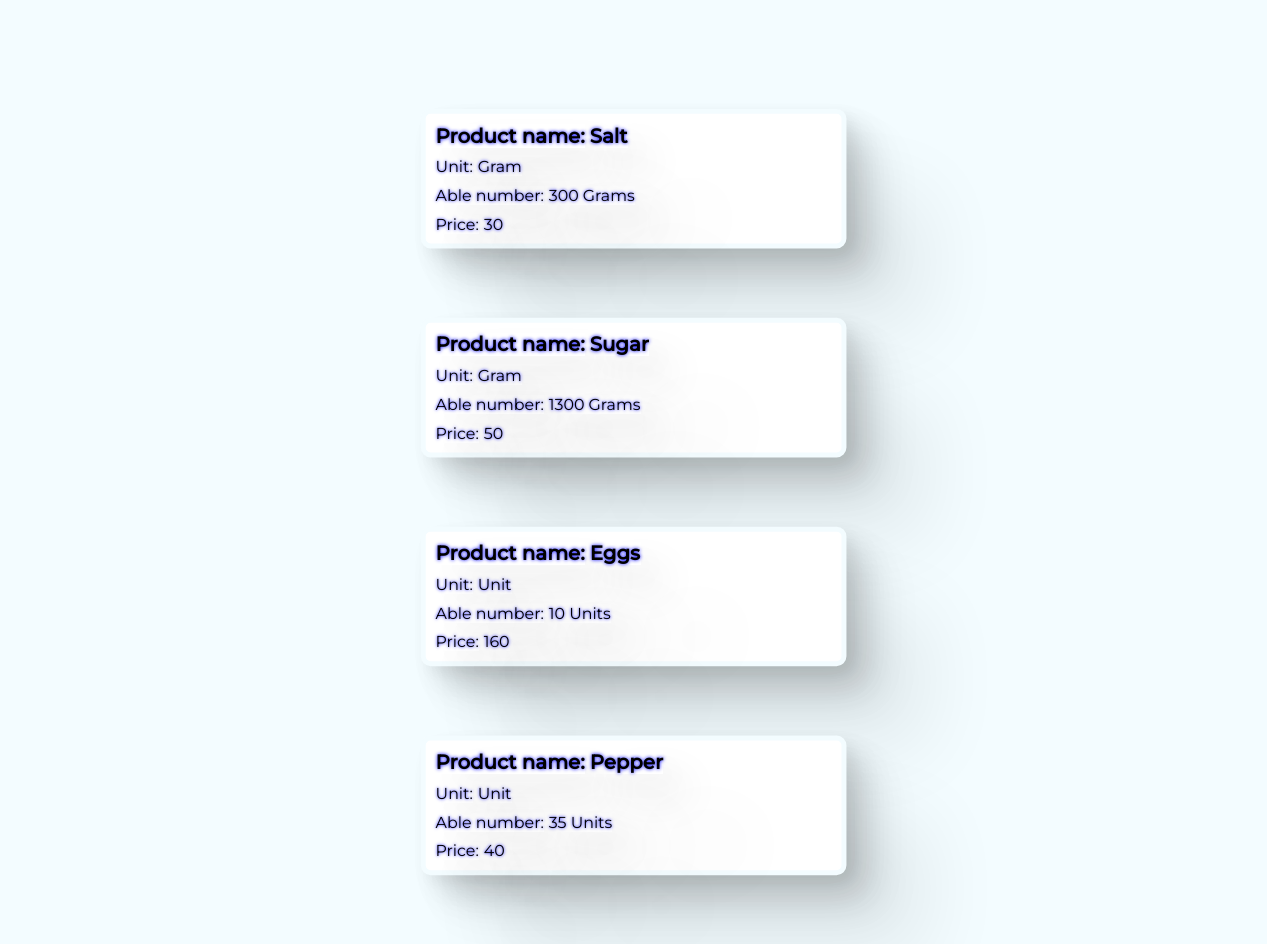
Repository: OlexandraKovach2/Vue
Page: / (app in vuexam/brila-exam/)
An editor plug-in stored every save of this project. The page is shown before and after the next save, followed by the edit.
The browser window is 1280 px wide. The pictures show the whole page, at 99% of full size.
The project was rebuilt for these pictures with package versions that can differ from the ones it lists, and the page was loaded fresh each time. Also part of the build but not shown: vuexam/brila-exam/vue.config.js.

Above is the page before, as saved 2022-11-08 22:11:52.

### vuexam/brila-exam/public/index.html
<!DOCTYPE html>
<html lang="">
  <head>
    <meta charset="utf-8">
    <meta http-equiv="X-UA-Compatible" content="IE=edge">
    <meta name="viewport" content="width=device-width,initial-scale=1.0">
    <link rel="icon" href="<%= BASE_URL %>favicon.ico">
    <title><%= htmlWebpackPlugin.options.title %></title>
  </head>
  <body>
    <noscript>
      <strong>We're sorry but <%= htmlWebpackPlugin.options.title %> doesn't work properly without JavaScript enabled. Please enable it to continue.</strong>
    </noscript>
    <div id="app"></div>
    <!-- built files will be auto injected -->
  </body>
</html>

<style>

  *{
    padding: 0px;
    margin: 0px;
  }
  body{
    background-color: rgb(243, 252, 255);
  }

</style>

### vuexam/brila-exam/src/main.js
import { createApp } from 'vue'
import App from './App.vue'
import store from '@/store'

createApp(App).use(store).mount('#app')

### vuexam/brila-exam/src/App.vue
<template>
  <div>
    <ObjectTable :listData="list"/>
  </div>
</template>

<script>
  import { mapGetters } from 'vuex';
  import ObjectTable from "./components/ObjectTable";
  export default {
    name: "App",
    components: {
      ObjectTable,
    },
    computed: {
      ...mapGetters(['list']),
    },
  }
</script>

<style lang="scss" scoped>
@import url('https://fonts.googleapis.com/css2?family=Montserrat:wght@100;200;300;400;500&display=swap');
*{
  font-family: 'Montserrat', sans-serif;
}
</style>

### vuexam/brila-exam/src/store/index.js
import {createStore} from 'vuex'

const store = createStore({
    state: {
        list: [
            {
                id: 1,
                name: "Salt",
                unit: "Gram",
                count: "300",
                cost: 30
            },
            {
                id: 2,
                name: "Sugar",
                unit: "Gram",
                count: "1300",
                cost: 50
            },
            {
                id: 3,
                name: "Eggs",
                unit: "Unit",
                count: "10",
                cost: 160
            },
            {
                id: 4,
                name: "Pepper",
                unit: "Unit",
                count: "35",
                cost: 40
            }
        ]
    },
    getters: {
        list: state => {
            return state.list;
        }
    },
});

export default store;

### vuexam/brila-exam/src/components/ObjectTable/index.vue
<template>
    <div class="objectTable">
        <div class="object">
        <ObjectBase v-for="item in listData"
        :key="item.id"
        :id="item.id"
        :name="item.name"
        :unit="item.unit"
        :count="item.count"
        :cost="item.cost"
        />
        </div>
    </div>
</template>

<script>
    import ObjectBase from "./ObjectBase.vue"
    export default {
        name: "ObjectTable",
        components: {
            ObjectBase,
        },
        props: {
            listData: {
                type: Array,
                default: () => []
            },
        },
    }
</script>

<style lang="scss" scoped>
.object{
    display: flex;
    flex-direction: column;
    margin-top: 40px;
}
.objectTable{
    display: flex;
    justify-content: center;
}
.object:last-child{
    margin-bottom: 70px;
}
</style>

### vuexam/brila-exam/src/components/ObjectTable/ObjectBase.vue
<template>
    <div class="ObjectCard">
        <div class="info-row name">
            <div>Product name: </div>
            <div>{{name}}</div>
        </div>
        <div class="info-row">
            <div>Unit: </div>
            <div>{{unit}}</div>
        </div>
        <div class="info-row">
            <div>Able number: </div>
            <div>{{count}} {{unit}}s</div>
        </div>
        <div class="info-row">
            <div>Price: </div>
            <div>{{cost}}</div>
        </div>
    </div>
</template>

<script>
    import { mapGetters } from 'vuex'
    export default {
        name: "ObjectBase",
        computed: {
        ...mapGetters(['list']),
        },
        props: {
            id: {
                type: Number,
                default: 0
            },
            name: {
                type: String,
                default: "None name"
            },
            unit: {
                type: String,
                default: "kilo"
            },
            count: {
                type: Number,
                default: 1
            },
            cost: {
                type: Number,
                default: 10
            }
        },
    }
</script>

<style lang="scss" scoped>
.ObjectCard{
    margin-top: 70px;
    background-color: white;
    width: 400px;
    border-radius: 10px;
    border: 5px solid rgb(243, 252, 255);
    box-shadow:
  6.6px 6.7px 13.7px rgba(0, 0, 0, 0.04),
  12.9px 13.2px 25.3px rgba(0, 0, 0, 0.053),
  19.2px 19.6px 34.3px rgba(0, 0, 0, 0.057),
  25.9px 26.5px 40.9px rgba(0, 0, 0, 0.057),
  35.7px 36.6px 47.2px rgba(0, 0, 0, 0.057),
  82px 84px 80px rgba(0, 0, 0, 0.07);
  display: flex;
  flex-direction: column;
  gap: 10px;
  padding: 10px;
  transition: 0.3s;
}
.ObjectCard:hover{
    scale: 1.1;
    box-shadow:
  6.6px 6.7px 13.7px rgba(0, 0, 0, 0.083),
  12.9px 13.2px 25.3px rgba(0, 0, 0, 0.1),
  19.2px 19.6px 34.3px rgba(0, 0, 0, 0.104),
  25.9px 26.5px 40.9px rgba(0, 0, 0, 0.101),
  35.7px 36.6px 47.2px rgba(0, 0, 0, 0.09),
  82px 84px 80px rgba(0, 0, 0, 0.07)
;

}
.info-row{
    display: flex;
    gap: 5px;
    transition: 0.3s;
}
.info-row:hover{
    scale: 1.04;
    color: rgb(0, 0, 255);

}
.info-row:hover:first-child{
    scale: 1.07;
    color: rgb(102, 0, 255);
}
.name{
    font-size: 20px;
    font-weight: 600;
}
.info-row{
    div{
        text-shadow: 12.9px 13.2px 25.3px rgba(0, 0, 0, 0.018), 25.9px 26.5px 40.9px rgba(0, 0, 0, 0.064), 0 0 0.2em blue;
        box-shadow:
  12.9px 13.2px 25.3px rgba(0, 0, 0, 0.018),
  25.9px 26.5px 40.9px rgba(0, 0, 0, 0.064),
  82px 84px 80px rgba(0, 0, 0, 0.07)
;

    }
}
</style>

After the next save:
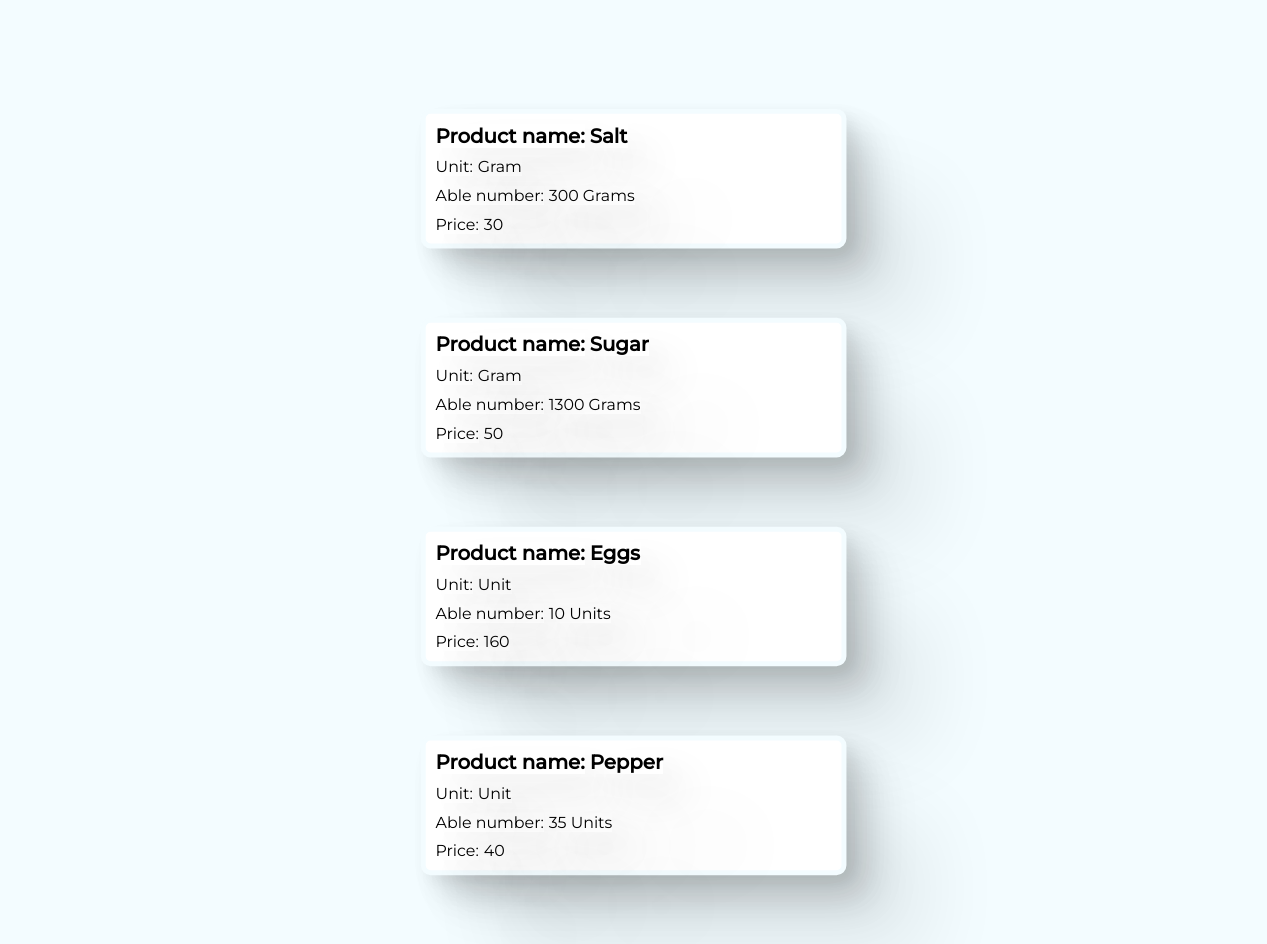
Saved 10 s later.
--- a/vuexam/brila-exam/src/components/ObjectTable/ObjectBase.vue
+++ b/vuexam/brila-exam/src/components/ObjectTable/ObjectBase.vue
@@ -103,7 +103,7 @@
 }
 .info-row{
     div{
-        text-shadow: 12.9px 13.2px 25.3px rgba(0, 0, 0, 0.018), 25.9px 26.5px 40.9px rgba(0, 0, 0, 0.064), 0 0 0.2em blue;
+        text-shadow: 12.9px 13.2px 25.3px rgba(0, 0, 0, 0.018), 25.9px 26.5px 40.9px rgba(0, 0, 0, 0.064), 82px 84px 80px rgba(0, 0, 0, 0.07);
         box-shadow:
   12.9px 13.2px 25.3px rgba(0, 0, 0, 0.018),
   25.9px 26.5px 40.9px rgba(0, 0, 0, 0.064),
